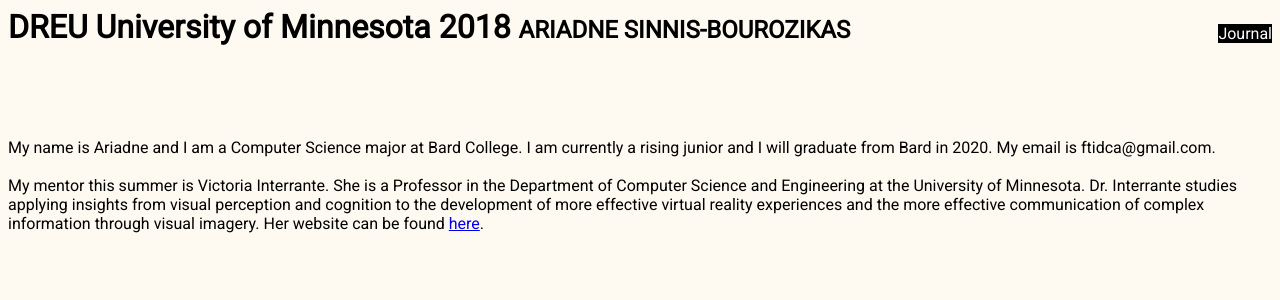
Repository: ariadnesb/dreu2018
Page: index.html
The author's editor kept a record of every edit. The page is drawn from the files as they stood at one moment, then again after the next edit.
The browser window is 1280 px wide. The pictures show the whole page.
The pointer rests on the first visible `#header a`.

Above is the page before.

After the next edit:
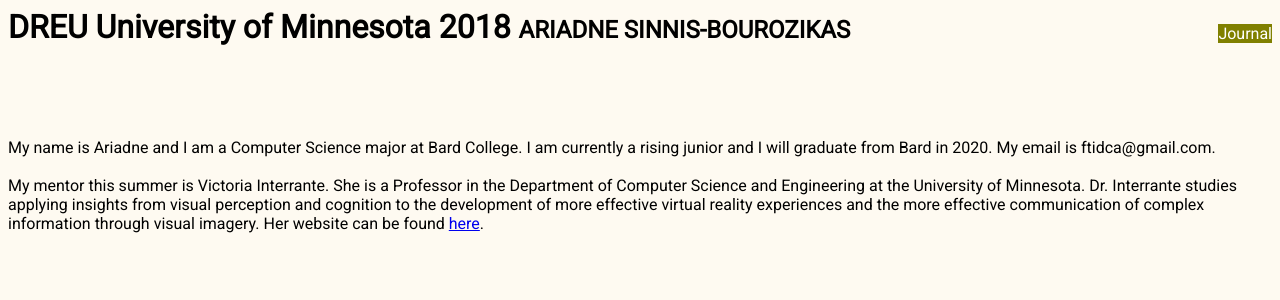
The edit:
--- a/styles.css
+++ b/styles.css
@@ -51,7 +51,7 @@
 }
 
 #header a:hover {
-    background-color: black;
+    background-color: olive;
     display: inline;
     color:white;
 }
